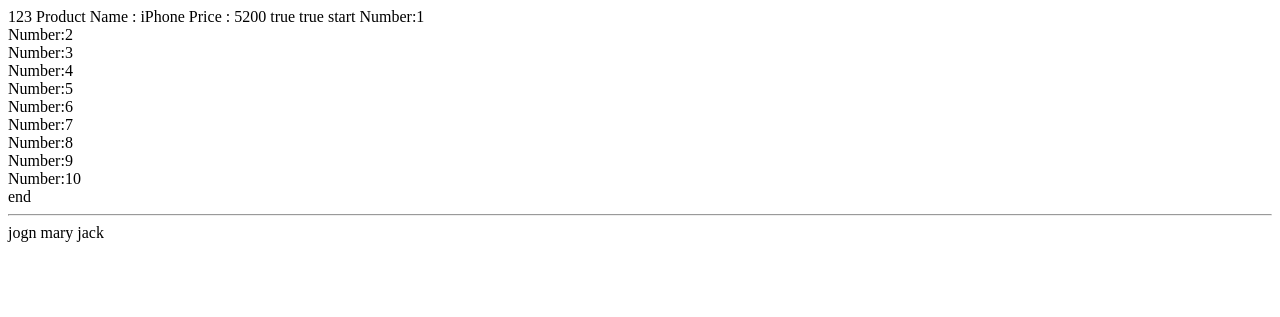
Repository: suzume1203/test
Page: http://localhost/JspProject/TestJSTL.jsp
An editor plug-in stored every save of this project. The page is shown before and after the next save, followed by the edit.
The browser window is 1280 px wide. The pictures show the whole page.
The page is served by Tomcat 10. Nobody is signed in. The application's start-up code is not run.

Above is the page before, as saved 2023-03-09 09:13:55.

After the next save:
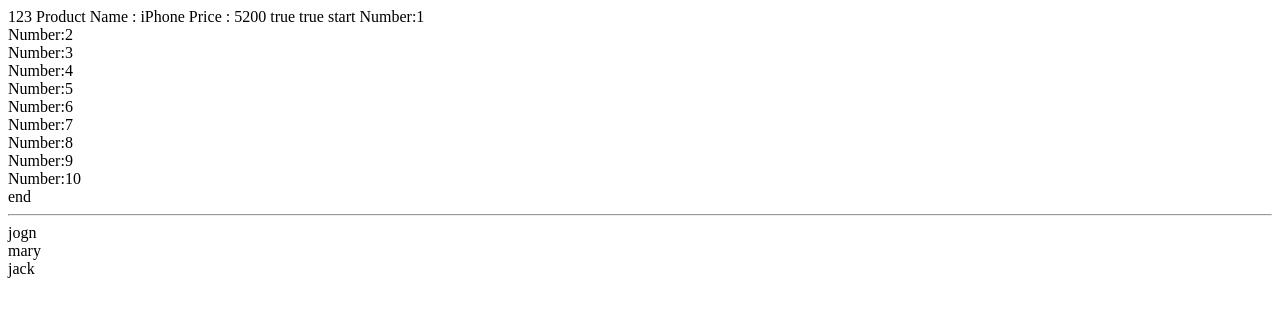
Saved 4 s later.
--- a/JspProject/src/main/webapp/TestJSTL.jsp
+++ b/JspProject/src/main/webapp/TestJSTL.jsp
@@ -25,7 +25,7 @@
 	</c:forEach>
 	<hr/>
 	<c:forTokens items="jogn*/=-mary*jack" delims="*/=-" var="item">
-		${item}
+		${item}<br/>
 	</c:forTokens>
 </body>
 </html>
